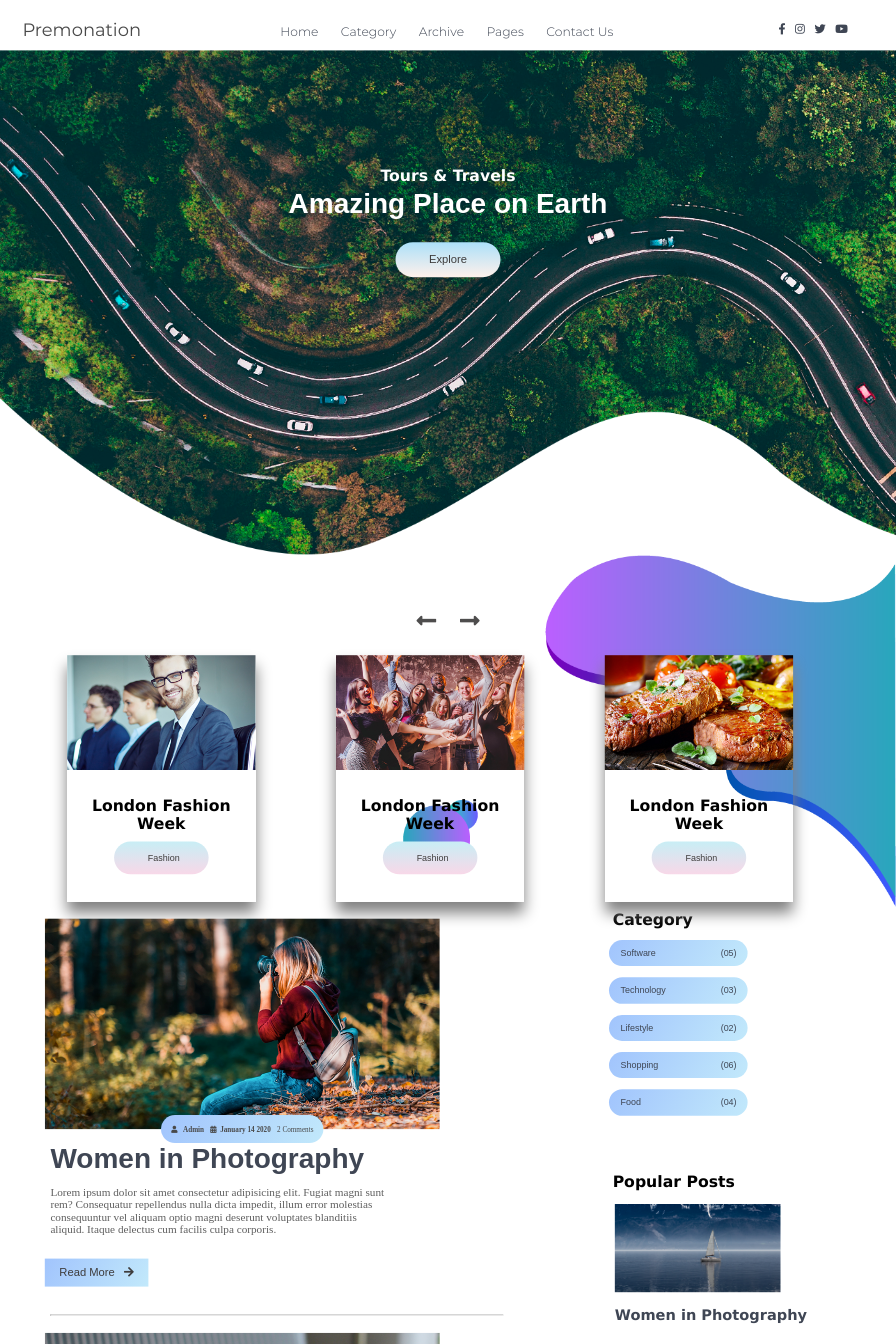
Repository: premjawaharp/Blogsite
Page: index.html
An editor plug-in stored every save of this project. The page is shown before and after a run of saves, followed by the edit.
The browser window is 1280 px wide. The pictures show the part of the page from y = 0 to 1920 px (the page is 4203 px tall), at 70% of full size.

Above is the page before, as saved 2020-09-19 00:26:13.

### index.html
<!DOCTYPE html>
<html lang="en">
<head>
    <meta charset="UTF-8">
    <meta name="viewport" content="width=device-width, initial-scale=1.0">
    <title>Blogger</title>

    <!--Font Awesome style-->
    <link rel="stylesheet" href="css/all.css">

    <!-- Owl Carousel style -->
    <link rel="stylesheet" href="./css/owl.carousel.min.css">
    <link rel="stylesheet" href="./css/owl.theme.default.css">

    <!--Custom style-->
    <link rel="stylesheet" href="css/style.css">
</head>
<body>
    <!------------- Navigation ------------------>
   <nav class="nav">
        <div class="nav-menu flex-row">
            <div class="nav-brand">
                <a href="#" class="text-gray">Premonation</a>
            </div>
            <div class="toggle-collapse">
                <div class="toggle-icons">
                    <i class="fas fa-bars"></i>
                </div>
            </div>
            <div>
                <ul class="nav-items">
                    <li class="nav-link">
                        <a href="#">Home</a>
                    </li>
                    <li class="nav-link">
                        <a href="#">Category</a>
                    </li>
                    <li class="nav-link">
                        <a href="#">Archive</a>
                    </li>
                    <li class="nav-link">
                        <a href="#">Pages</a>
                    </li>
                    <li class="nav-link">
                        <a href="/contactus.html">Contact Us</a>
                    </li>
                </ul>
            </div>
            <div class="social text-gray">
                    <a href="#"><i class="fab fa-facebook-f"></i></a>
                    <a href="#"><i class="fab fa-instagram"></i></a>
                    <a href="#"><i class="fab fa-twitter"></i></a>
                    <a href="#"><i class="fab fa-youtube"></i></a>
            </div>
        </div>
    </nav>
    <!-----x------- Navigation --------x--------->

    <!-- Main site section -->
    <main>
        <!---- Site title ---->
        <section class="site-title">
            <div class="site-background">
                <h3>Tours & Travels</h3>
                <h1>Amazing Place on Earth</h1>
                <button class="btn">Explore</button>
            </div>
        </section>
        <!-- x Site title x -->
        <!-- Blog Carousel content -->
        <section>
            <div class="blog">
                <div class="container">
                    <div class="owl-carousel owl-theme blogpost">
                        <div class="blog-content">
                            <img src="./assets/Blog-post/post-1.jpg" alt="post1">
                            <div class="blog-title">
                                <h3>London Fashion Week</h3>
                                <button class="btn">Fashion</button>
                            </div>
                        </div>
                        <div class="blog-content">
                            <img src="./assets/Blog-post/post-2.jpg" alt="post2">
                            <div class="blog-title">
                                <h3>London Fashion Week</h3>
                                <button class="btn">Fashion</button>
                            </div>
                        </div>
                        <div class="blog-content">
                            <img src="./assets/Blog-post/post-3.jpg" alt="post3">
                            <div class="blog-title">
                                <h3>London Fashion Week</h3>
                                <button class="btn">Fashion</button>
                            </div>
                        </div>
                        <div class="blog-content">
                            <img src="./assets/Blog-post/post-1.jpg" alt="post1">
                            <div class="blog-title">
                                <h3>London Fashion Week</h3>
                                <button class="btn">Fashion</button>
                            </div>
                        </div>

                    </div>
                    <div class="owl-navigation">
                        <span class="owl-nav-prev"><i class="fas fa-long-arrow-alt-left"></i></span>
                        <span class="owl-nav-next"><i class="fas fa-long-arrow-alt-right"></i></span>
                    </div>
                </div>
            </div>
        </section>
        <!-- x Blog Carousel content x -->

        <!---- Site Content ---->

        <section class="container">
            <div class="site-content">
                <div class="posts">
                    <div class="post-content">
                        <div class="post-image">
                            <div>
                                <img  src="./assets/Blog-post/blog1.png" class="img" alt="blog1">
                            </div>
                            <div class="post-info flex-row">
                                <span><i class="fas fa-user text-gray">&nbsp;&nbsp; Admin</i></span>&nbsp;
                                <span><i class="fas fa-calendar-alt text-gray">&nbsp;&nbsp;January 14 2020</i></span>&nbsp;
                                <span class="text-gray">2 Comments</span>
                            </div>
                        </div>
                        <div class="post-title">
                            <a href="/blog1.html"><h1>Women in Photography</h1></a>
                            <p>Lorem ipsum dolor sit amet consectetur adipisicing elit.
                                Fugiat magni sunt rem? Consequatur repellendus nulla dicta impedit, illum error molestias consequuntur vel aliquam optio magni deserunt voluptates blanditiis aliquid. Itaque delectus cum facilis culpa corporis.</p>
                        </div>
                        <a href="/blog1.html">
                            <button class="btn post-btn"> Read More &nbsp; <i class="fas fa-arrow-right"></i></button>
                        </a>

                    </div>
                    <hr>
                    <div class="post-content">
                        <div class="post-image">
                            <div>
                                <img  src="./assets/Blog-post/blog2.png" class="img" alt="blog">
                            </div>
                            <div class="post-info flex-row">
                                <span><i class="fas fa-user text-gray">&nbsp;&nbsp; Admin</i></span>&nbsp;
                                <span><i class="fas fa-calendar-alt text-gray">&nbsp;&nbsp;January 14 2020</i></span>&nbsp;
                                <span class="text-gray">2 Comments</span>
                            </div>
                        </div>
                        <div class="post-title">
                            <a href="/blog2.html"><h1>Womennn in Photography</h1></a>
                            <p>Lorem ipsum dolor sit amet consectetur adipisicing elit.
                                Fugiat magni sunt rem? Consequatur repellendus nulla dicta impedit, illum error molestias consequuntur vel aliquam optio magni deserunt voluptates blanditiis aliquid. Itaque delectus cum facilis culpa corporis.</p>
                        </div>
                        <a href="/blog2.html">
                            <button class="btn post-btn"> Read More &nbsp; <i class="fas fa-arrow-right"></i></button>
                        </a>
                    </div>
                    <hr>
                    <div class="post-content">
                        <div class="post-image">
                            <div>
                                <img  src="./assets/Blog-post/blog3.png" class="img" alt="blog3">
                            </div>
                            <div class="post-info flex-row">
                                <span><i class="fas fa-user text-gray">&nbsp;&nbsp; Admin</i></span>&nbsp;
                                <span><i class="fas fa-calendar-alt text-gray">&nbsp;&nbsp;January 14 2020</i></span>&nbsp;
                                <span class="text-gray">2 Comments</span>
                            </div>
                        </div>
                        <div class="post-title">
                            <a href="/blog3.html"><h1>Women in Photography</h1></a>
                            <p>Lorem ipsum dolor sit amet consectetur adipisicing elit.
                                Fugiat magni sunt rem? Consequatur repellendus nulla dicta impedit, illum error molestias consequuntur vel aliquam optio magni deserunt voluptates blanditiis aliquid. Itaque delectus cum facilis culpa corporis.</p>
                        </div>
                        <a href="/blog3.html">
                            <button class="btn post-btn"> Read More &nbsp; <i class="fas fa-arrow-right"></i></button>
                        </a>
                    </div>
                    <hr>
                    <div class="post-content">
                        <div class="post-image">
                            <div>
                                <img  src="./assets/Blog-post/blog4.png" class="img" alt="blog3">
                            </div>
                            <div class="post-info flex-row">
                                <span><i class="fas fa-user text-gray">&nbsp;&nbsp; Admin</i></span>&nbsp;
                                <span><i class="fas fa-calendar-alt text-gray">&nbsp;&nbsp;January 14 2020</i></span>&nbsp;
                                <span class="text-gray">2 Comments</span>
                            </div>
                        </div>
                        <div class="post-title">
                            <a href="#"><h1>Women in Photography</h1></a>
                            <p>Lorem ipsum dolor sit amet consectetur adipisicing elit.
                                Fugiat magni sunt rem? Consequatur repellendus nulla dicta impedit, illum error molestias consequuntur vel aliquam optio magni deserunt voluptates blanditiis aliquid. Itaque delectus cum facilis culpa corporis.</p>
                        </div>
                        <button class="btn post-btn">Read More &nbsp; <i class="fas fa-arrow-right"></i></button>
                    </div>
                    <hr>
                    <div class="pagination flex-row">
                        <a href="#"><i class="fas fa-chevron-left"></i></a>
                        <a href="#" class="page">1</a>
                        <a href="#" class="page">2</a>
                        <a href="#" class="page">3</a>
                        <a href="#" ><i class="fas fa-chevron-right"></i></a>
                    </div>
                </div>
                <aside class="sidebar">
                    <div class="category">
                        <h3>Category</h3>
                        <ul class="category-list">
                            <li class="list-items">
                                <a href="#">Software</a>
                                <span>(05)</span>
                            </li>
                            <li class="list-items">
                                <a href="#">Technology</a>
                                <span>(03)</span>
                            </li>
                            <li class="list-items">
                                <a href="#">Lifestyle</a>
                                <span>(02)</span>
                            </li>
                            <li class="list-items">
                                <a href="#">Shopping</a>
                                <span>(06)</span>
                            </li>
                            <li class="list-items">
                                <a href="#">Food</a>
                                <span>(04)</span>
                            </li>
                        </ul>
                    </div>
                    <div class="popular-post">
                        <h3>Popular Posts</h3>
                        <div class="post-content">
                            <div class="post-image">
                                <div>
                                    <img  src="./assets/Blog-post/blog4.png" class="img" alt="blog3">
                                </div>

                            </div>
                            <div class="post-title">
                                <a href="#"><h4>Women in Photography</h4></a>
                                <p>Lorem ipsum dolor sit amet consectetur adipisicing elit.
                                    Fugiat magni sunt rem? Consequatur repellendus nulla dicta impedit, illum error molestias consequuntur vel aliquam optio magni deserunt voluptates blanditiis aliquid. Itaque delectus cum facilis culpa corporis.</p>
                            </div>
                        </div>
                        <div class="post-content">
                            <div class="post-image">
                                <div>
                                    <img  src="./assets/Blog-post/blog4.png" class="img" alt="blog3">
                                </div>
                            </div>
                            <div class="post-title">
                                <a href="#"><h4>Biker Boys</h4></a>
                                <p>Lorem ipsum dolor sit amet consectetur adipisicing elit.
                                    Fugiat magni sunt rem? Consequatur repellendus nulla dicta impedit, illum error molestias consequuntur vel aliquam optio magni deserunt voluptates blanditiis aliquid. Itaque delectus cum facilis culpa corporis.</p>
                            </div>
                        </div>
                        <div class="post-content">
                            <div class="post-image">
                                <div>
                                    <img  src="./assets/Blog-post/blog4.png" class="img" alt="blog3">
                                </div>
                            </div>
                            <div class="post-title">
                                <a href="#"><h4>Don't judge the book by it's cover</h4></a>
                                <p>Lorem ipsum dolor sit amet consectetur adipisicing elit.
                                    Fugiat magni sunt rem? Consequatur repellendus nulla dicta impedit, illum error molestias consequuntur vel aliquam optio magni deserunt voluptates blanditiis aliquid. Itaque delectus cum facilis culpa corporis.</p>
                            </div>
                        </div>
                        <div class="news-letter">
                            <div class="news-form">
                                <h3>Newsletter</h3>
                                <div class="news-inputs">
                                    <input type="text" class='input-element' placeholder="Email">
                                    <button class="new-form-btn btn">Subscribe</button>
                                </div>

                            </div>
                        </div>
                        <div class="popular-tag">
                            <h3>Popular Tags</h3>
                            <div class="tags flex-row">
                                <span class="tag">Software</span>
                                <span class="tag">Technology</span>
                                <span class="tag">Travel</span>
                                <span class="tag">Lifestyle</span>
                                <span class="tag">Love</span>
                                <span class="tag">Story</span>
                                <span class="tag">Project</span>
                                <span class="tag">Cooking</span>
                            </div>

                        </div>

                    </div>
                </aside>

            </div>
        </section>
        <!-- x Site Content x -->

    </main>
    <!-- x Main site section x -->
    <!-- ------- footer ------- -->
    <footer class="footer">
        <div class="container">
            <div class="pad-pad">
                <div class="about-us">
                    <h3>About Us</h3>
                    <p class="">Lorem ipsum dolor sit amet consectetur adipisicing elit.
                        ut eius, dolorem eligendi quo, illum
                        assumenda laboriosam reiciendis
                        facilis perspiciatis nam quae iure quasi,
                         numquam sint ad. Aut, voluptatum amet?</p>
                </div>
                <div class="news-letter">
                    <h3>News Letter</h3>
                    <p>Stay upto date</p>
                    <div class="news-inputs">
                        <input type="text" class='input-element' placeholder="Email">
                        <span><i class='fas fa-chevron-right'></i></span>
                    </div>
                </div>
                <div class="instagram">
                    <h3>Instagram</h3>
                    <div class="insta-images flex-row">
                        <img src="./assets/instagram/thumb-card3.png" alt="insta3">
                        <img src="./assets/instagram/thumb-card4.png" alt="insta4">
                        <img src="./assets/instagram/thumb-card5.png" alt="insta5">
                    </div>
                    <div class="insta-images flex-row">
                        <img src="./assets/instagram/thumb-card6.png" alt="insta6">
                        <img src="./assets/instagram/thumb-card7.png" alt="insta7">
                        <img src="./assets/instagram/thumb-card8.png" alt="insta8">
                    </div>
                </div>
                <div class="follow">
                    <div class="social text-gray">
                    <h3>Follow</h3>
                    <p>Let us be Social</p>
                    <a href="#"><i class="fab fa-facebook-f"></i></a>
                    <a href="#"><i class="fab fa-instagram"></i></a>
                    <a href="#"><i class="fab fa-twitter"></i></a>
                    <a href="#"><i class="fab fa-youtube"></i></a>
                    <div class="move-up">
                        <span>
                            <a href="index.html"><i class="fas fa-arrow-circle-up"> </i></a>
                        </span>
                    </div>
                </div>
            </div>
        </div>

    </footer>

    <!-- -----x- footer -x----- -->
    <!-- Jquery library -->
    <script src="js/jquery3.5.1.min.js"></script>
    <!-- Owl Carousel Js -->
    <script src="js/owl.carousel.min.js"></script>
    <!-- Custom javascript -->
    <script src="js/script.js"></script>



</body>
</html>

### js/script.js
$(document).ready(function(){

    $nav = $('.nav');
    $toggleCollapse = $('.toggle-collapse')

    // click event on toggle menu
    $toggleCollapse.click(function(){
        $nav.toggleClass('collapse');
    })
})

// owl carousel for blog
$('.owl-carousel').owlCarousel(
    {
        loop:true,
        autoplay:true,
        autoplayTimeout: 4000,
        fluidSpeed:1,
        dots:false,
        nav:true,
        animateOut:true,
        navText:[$('.owl-navigation .owl-nav-prev'),$('.owl-navigation .owl-nav-next')]


    }
)

### css/fonts.css
@font-face{
    font-family: Montserrat;
    src: url(../Montserrat/Montserrat-Light.ttf)
}
@font-face{
    font-family: Montserrat-Bold;
    src: url(../Montserrat/Montserrat-Bold.ttf)
}
@font-face{
    font-family: Montserrat-SemiBold;
    src: url(../Montserrat/Montserrat-SemiBold.ttf)
}
@font-face{
    font-family: Montserrat-Medium;
    src: url(../Montserrat/Montserrat-Regular.ttf)
}

@font-face{
    font-family: Anton-Regular;
    src: url(../Anton/Anton-Regular.ttf)
}

Loaded but not shown: css/all.css (library); css/owl.carousel.min.css (library); css/owl.theme.default.css (common file); js/jquery3.5.1.min.js (library); js/owl.carousel.min.js (library); css/style.css (568 lines, source omitted)

After the next 4 saves:
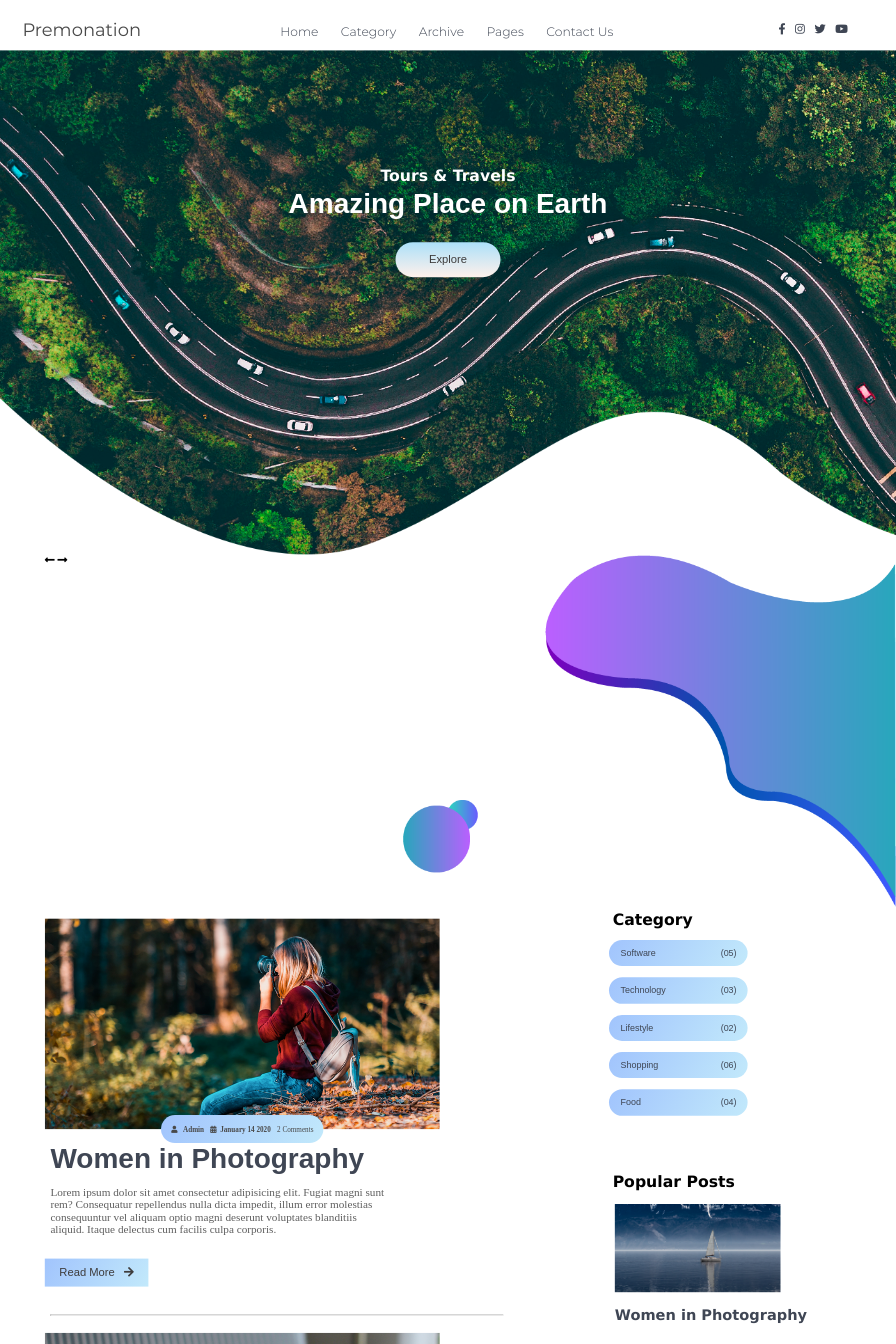
Console error: SyntaxError: Unexpected identifier 'respo'
The 4 saves are shown as one change because they came seconds apart.
The last was saved 3 min 30 s later.
--- a/js/script.js
+++ b/js/script.js
@@ -20,6 +20,7 @@ $('.owl-carousel').owlCarousel(
         nav:true,
         animateOut:true,
         navText:[$('.owl-navigation .owl-nav-prev'),$('.owl-navigation .owl-nav-next')]
+        respo
 
 
     }
